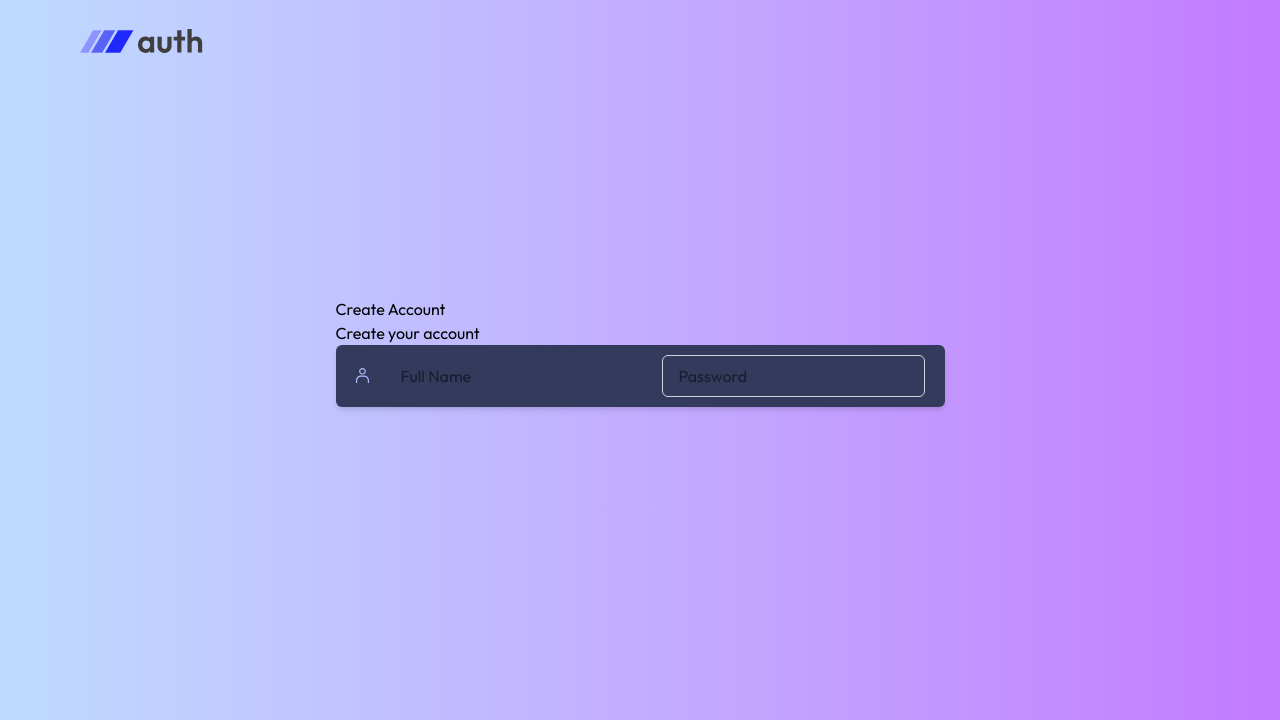
Repository: AuthnSapuarachchi/AuthnticationApplication-MERN-Stack
Page: /login (app in client/)
An editor plug-in stored every save of this project. The page is shown before and after the next save, followed by the edit.
The browser window is 1280 px wide. The pictures show the whole page.
The project was rebuilt for these pictures with package versions that can differ from the ones it lists, and the page was loaded fresh each time. Also part of the build but not shown: client/vite.config.js, client/src/components/NavBar.jsx, client/src/components/Header.jsx, client/src/pages/home.jsx, client/src/pages/ResetPassword.jsx, client/src/pages/EmailVerify.jsx.

Above is the page before, as saved 2025-07-31 12:05:26.

### client/index.html
<!doctype html>
<html lang="en">
  <head>
    <meta charset="UTF-8" />
    <link rel="icon" type="image/svg+xml" href="/favicon.svg" />
    <meta name="viewport" content="width=device-width, initial-scale=1.0" />
    <title>AuthCodeLab - MERN AUTH</title>
  </head>
  <body>
    <div id="root"></div>
    <script type="module" src="/src/main.jsx"></script>
  </body>
</html>

### client/src/main.jsx
import { StrictMode } from 'react'
import { createRoot } from 'react-dom/client'
import './index.css'
import App from './App.jsx'
import { BrowserRouter } from 'react-router-dom';

createRoot(document.getElementById('root')).render(
  <BrowserRouter>
    <App />
  </BrowserRouter>,
)

### client/src/index.css
@import url('https://fonts.googleapis.com/css2?family=Outfit:wght@100..900&display=swap');
@import "tailwindcss";

*{
  font-family: "Outfit", sans-serif;
}

### client/src/App.jsx
import React from 'react'
import { Routes, Router, Route } from 'react-router-dom'
import Home from './pages/home'
import Login from './pages/login'
import ResetPassword from './pages/ResetPassword'
import EmailVerify from './pages/EmailVerify'

const App = () => {
  return (
    <div>
      <Routes>
        <Route path='/' element={<Home />} />
        <Route path='/login' element={<Login />} />
        <Route path='/reset-password' element={<ResetPassword />} />
        <Route path='/email-verify' element={<EmailVerify />} />
      </Routes>
    </div>
  )
}

export default App

### client/src/pages/login.jsx
import React, { useState } from 'react'
import { assets } from '../assets/assets';

const Login = () => {
  const [state, setState] = useState('Sign Up');

  return (
    <div className='flex items-center justify-center min-h-screen px-6 sm:px-0 bg-gradient-to-r from-blue-200 to-purple-400 relative'>
      <img src={assets.logo} alt="" className='absolute left-5 sm:left-20
      top-5 w-28 sm:w-32 cursor-pointer' />
      <div>
        <h2>{state === 'Sign Up' ? 'Create Account' : 'Login'}</h2>
        <p>{state === 'Sign Up' ? 'Create your account' : 'Login to your account'}</p>
        <form>
          <div className=' mb-4 flex items-center gap-4 w-full px-5 py-2.5 bg-[#333A5C] rounded-md shadow-md'>
            <img src={assets.person_icon} alt="" />
            <input type="text" placeholder='Full Name' className='px-4 py-2 rounded-md' required/>
            <input type="password" placeholder='Password' className='border border-gray-300 px-4 py-2 rounded-md' />
          </div>
        </form>
      </div>
    </div>
  )
}

export default Login

### client/src/assets/assets.js
import arrow_icon from './arrow_icon.svg'
import lock_icon from './lock_icon.svg'
import logo from './logo.svg'
import mail_icon from './mail_icon.svg'
import person_icon from './person_icon.svg'
import hand_wave from './hand_wave.png'
import header_img from './header_img.png'

export const assets = {
    arrow_icon,
    lock_icon,
    logo,
    mail_icon,
    person_icon,
    hand_wave,
    header_img
}

After the next save:
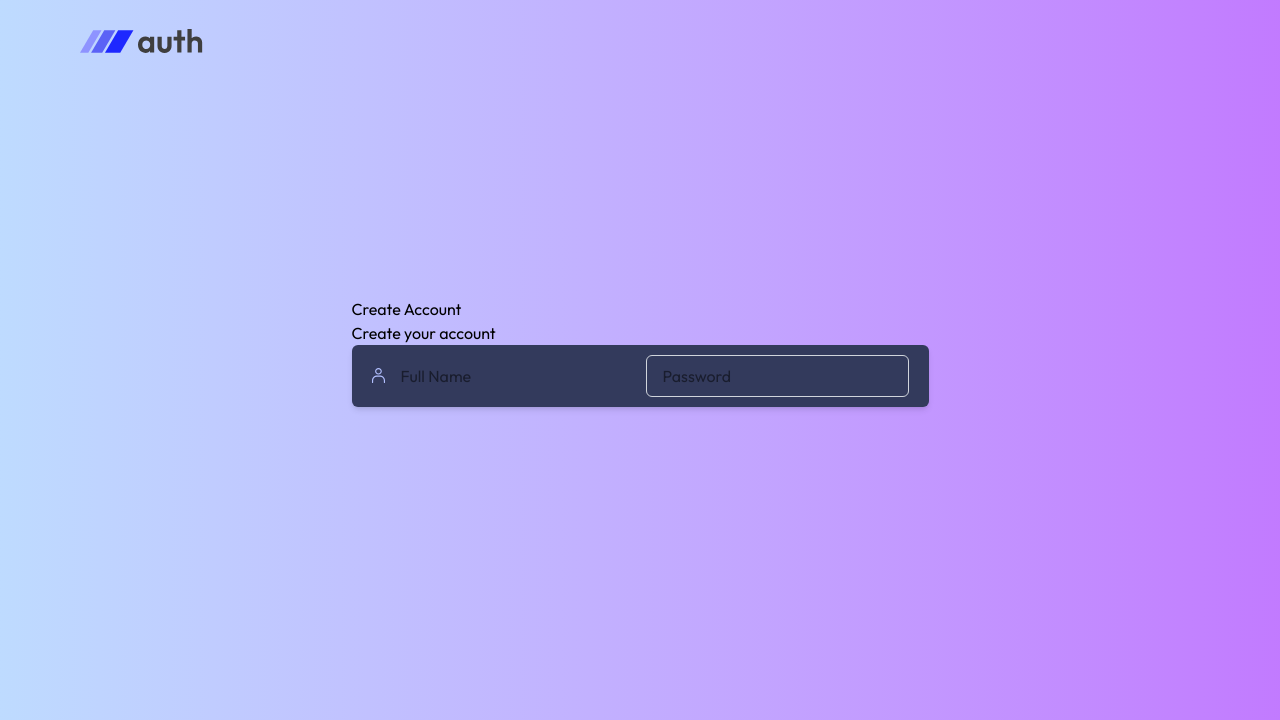
Saved 5 s later.
--- a/client/src/pages/login.jsx
+++ b/client/src/pages/login.jsx
@@ -14,7 +14,7 @@ const Login = () => {
         <form>
           <div className=' mb-4 flex items-center gap-4 w-full px-5 py-2.5 bg-[#333A5C] rounded-md shadow-md'>
             <img src={assets.person_icon} alt="" />
-            <input type="text" placeholder='Full Name' className='px-4 py-2 rounded-md' required/>
+            <input type="text" placeholder='Full Name' className='' required/>
             <input type="password" placeholder='Password' className='border border-gray-300 px-4 py-2 rounded-md' />
           </div>
         </form>
